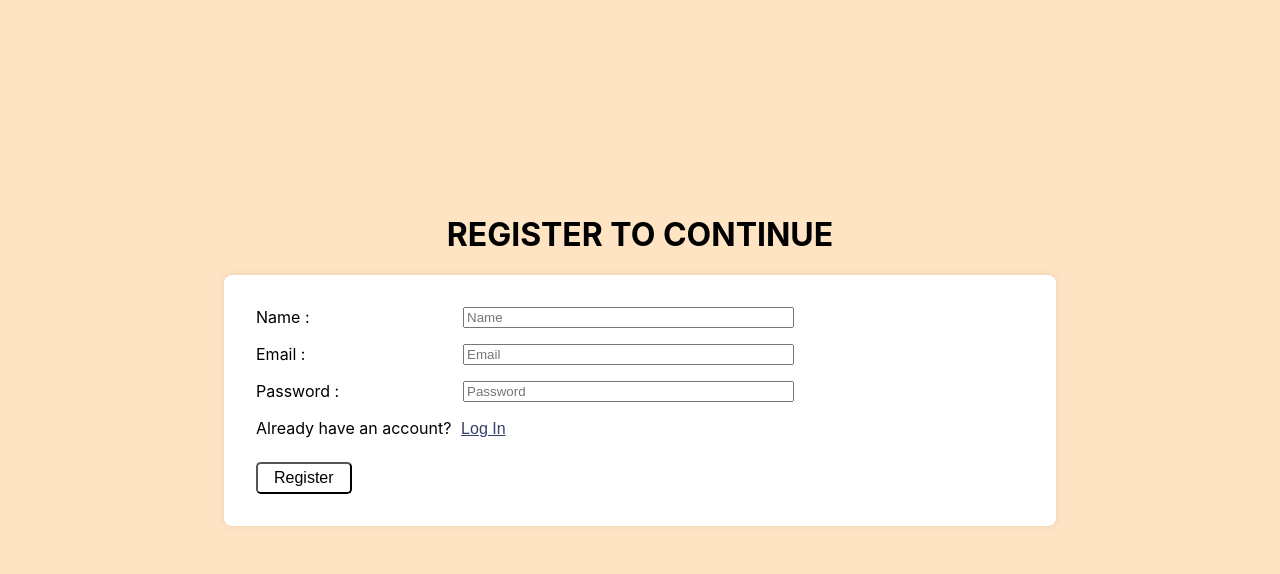
Repository: drumsmanku/test-1
Page: /register (app in client/)
An editor plug-in stored every save of this project. The page is shown before and after the next save, followed by the edit.
The browser window is 1280 px wide. The pictures show the whole page.
The project was rebuilt for these pictures with package versions that can differ from the ones it lists, and the page was loaded fresh each time. Also part of the build but not shown: client/src/App.css, client/src/Components/Login/Login.module.css, client/src/Components/Login/Login.js.

Above is the page before, as saved 2023-08-31 11:09:04.

After the next save:
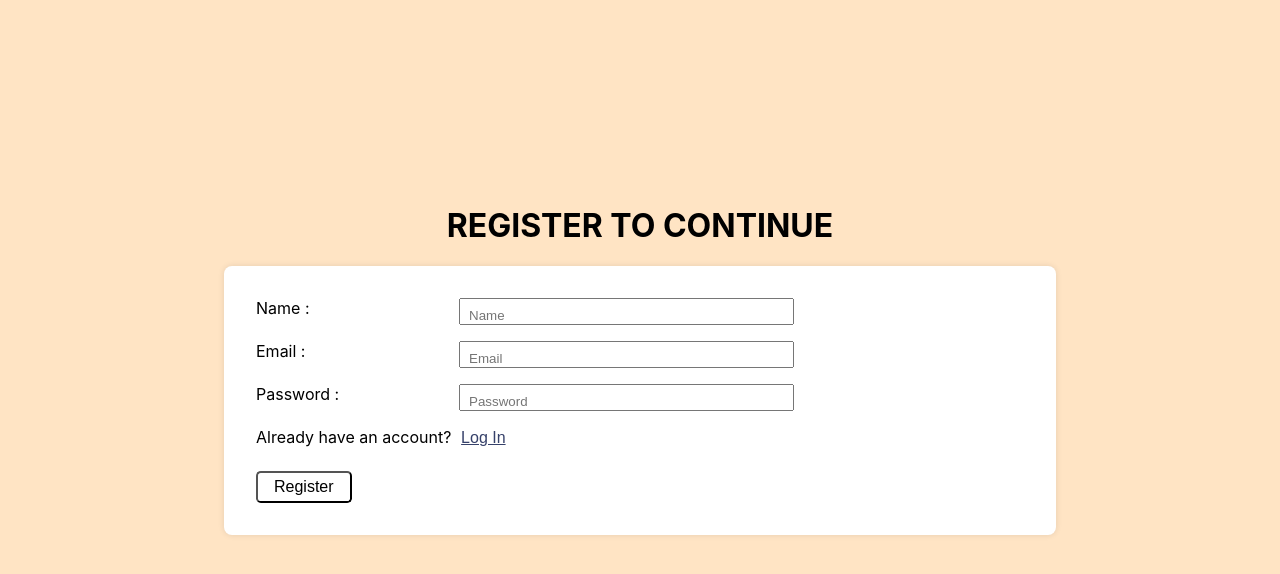
Saved 39 s later.
--- a/client/src/Components/Register/Register.module.css
+++ b/client/src/Components/Register/Register.module.css
@@ -25,3 +25,6 @@
   font-size: medium;
   cursor: pointer;
 }
+input{
+  padding: 0.5rem 0 0 0.5rem;
+}
